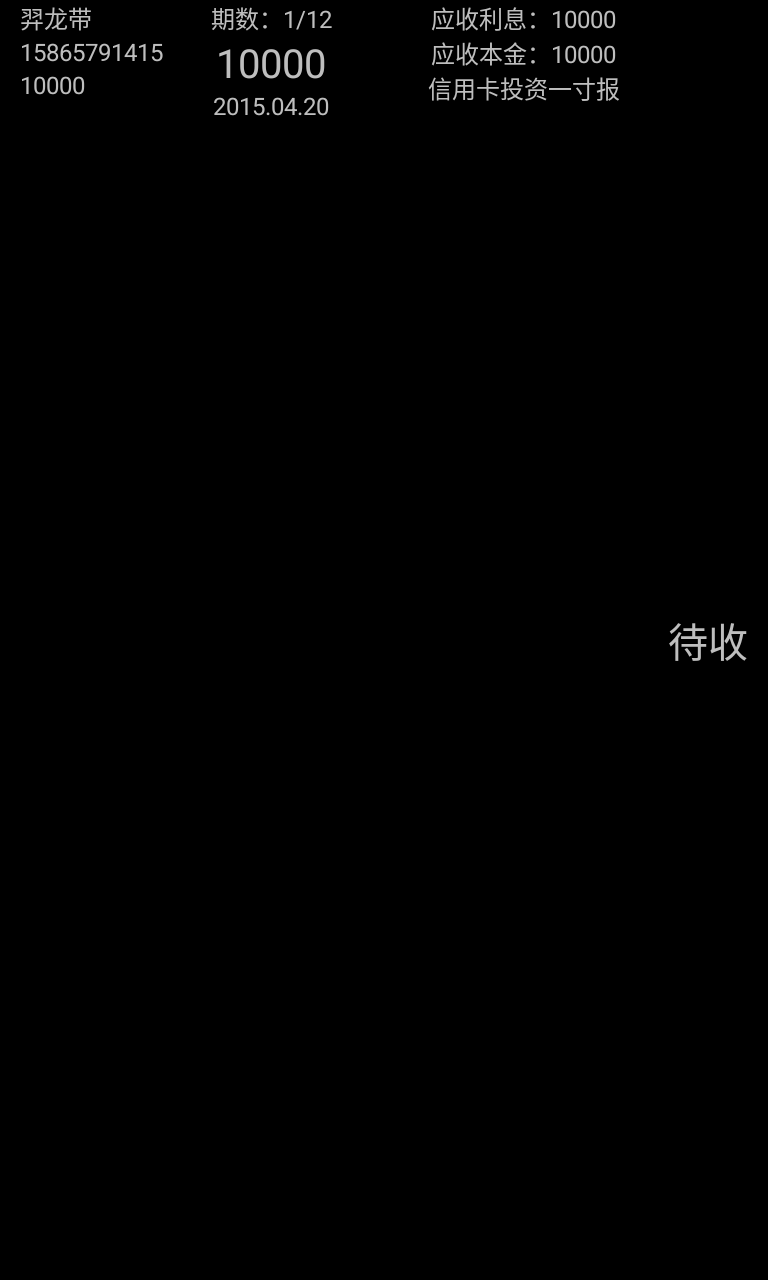
Repository: gongxinge/money-android
Layout: P2P/res/layout/billdetaillistitem.xml
These files come from the project's save history. The layout is drawn as it stood at one moment and after the next save; the edit follows.
It is drawn on a 768 x 1280 px phone screen (xhdpi) without system bars, with theme android:Theme.Holo; the app's code is not run.

Above is the layout before, as saved 2015-06-01 14:46:27.

After the next save:
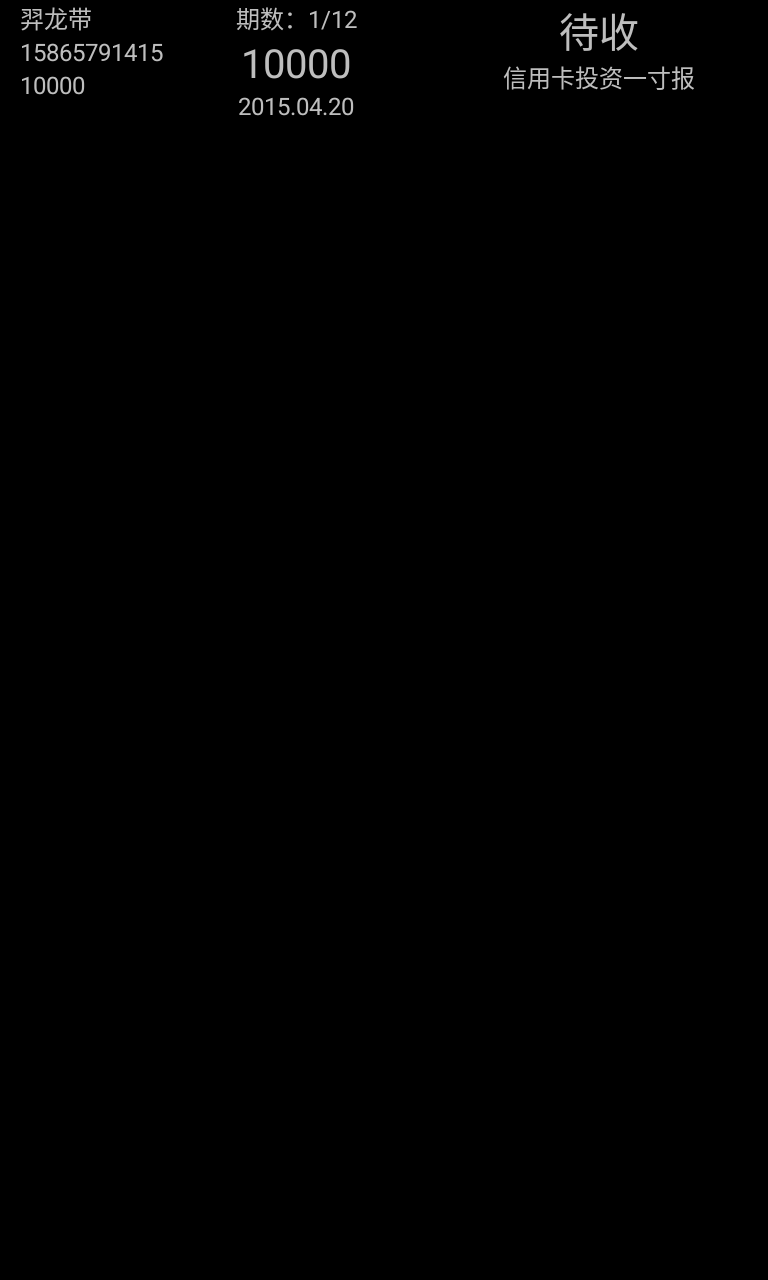
Saved 6 min 3 s later.
--- a/P2P/res/layout/billdetaillistitem.xml
+++ b/P2P/res/layout/billdetaillistitem.xml
@@ -71,22 +71,14 @@
         android:layout_height="wrap_content"
         android:layout_weight="1"
         android:orientation="vertical" >
-
         <TextView
-            android:id="@+id/tvRecBenJin"
+            android:id="@+id/tvState"
             android:layout_width="wrap_content"
             android:layout_height="wrap_content"
             android:layout_gravity="center_horizontal"
-            android:text="应收利息：10000"
-            android:textSize="12dp" />
+            android:text="待收"
+            android:textSize="20dp" />
 
-        <TextView
-            android:id="@+id/tvRecLiXi"
-            android:layout_width="wrap_content"
-            android:layout_height="wrap_content"
-            android:layout_gravity="center_horizontal"
-            android:text="应收本金：10000"
-            android:textSize="12dp" />
 
         <TextView
             android:id="@+id/tvRemark"
@@ -97,21 +89,4 @@
             android:textSize="12dp" />
     </LinearLayout>
 
-    <LinearLayout
-        android:id="@+id/linearLayout1"
-        android:layout_width="wrap_content"
-        android:layout_height="wrap_content"
-        android:layout_gravity="center_vertical"
-        android:layout_marginRight="10dp"
-        android:orientation="vertical" >
-
-        <TextView
-            android:id="@+id/tvState"
-            android:layout_width="wrap_content"
-            android:layout_height="wrap_content"
-            android:layout_gravity="center_horizontal"
-            android:text="待收"
-            android:textSize="20dp" />
-    </LinearLayout>
-
 </LinearLayout>

After the 2 saves that followed:
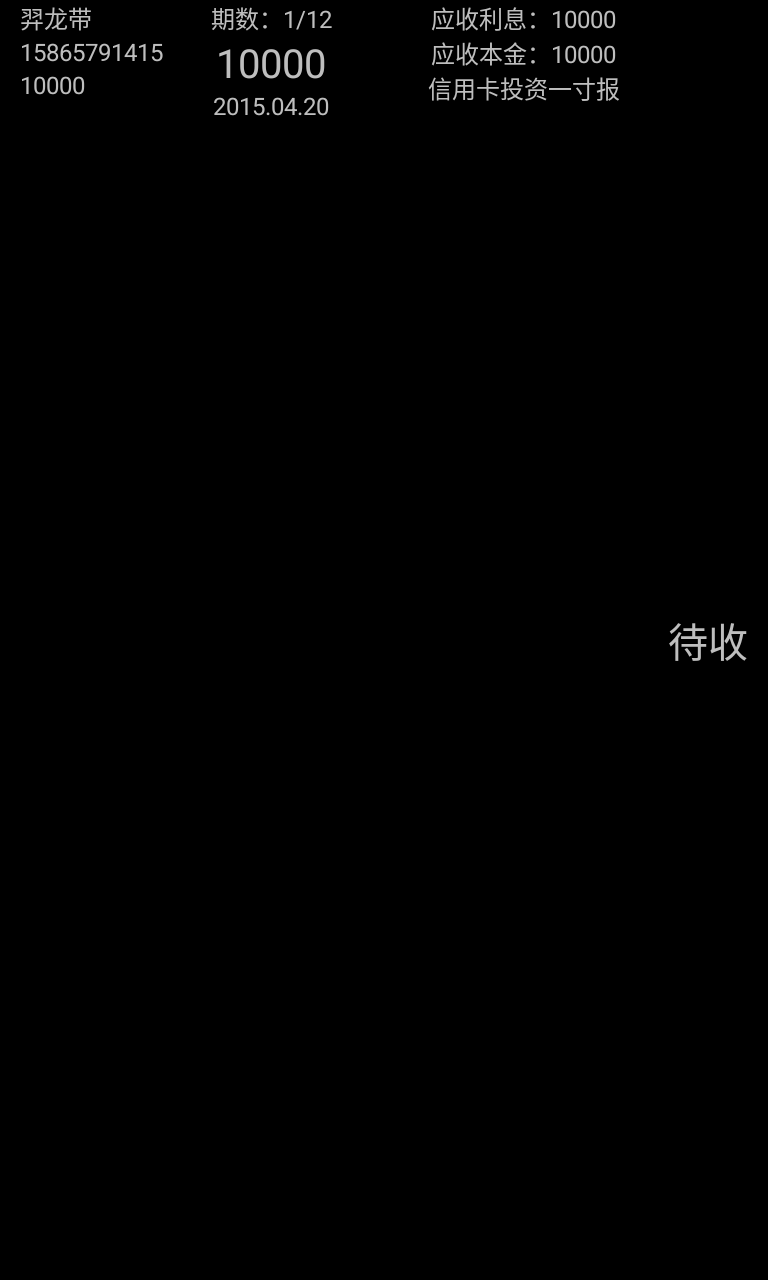
The 2 saves are shown as one change because 1 left the picture as it was.
The last was saved 4 min 7 s later.
--- a/P2P/res/layout/billdetaillistitem.xml
+++ b/P2P/res/layout/billdetaillistitem.xml
@@ -71,14 +71,22 @@
         android:layout_height="wrap_content"
         android:layout_weight="1"
         android:orientation="vertical" >
+
         <TextView
-            android:id="@+id/tvState"
+            android:id="@+id/tvRecBenJin"
             android:layout_width="wrap_content"
             android:layout_height="wrap_content"
             android:layout_gravity="center_horizontal"
-            android:text="待收"
-            android:textSize="20dp" />
+            android:text="应收利息：10000"
+            android:textSize="12dp" />
 
+        <TextView
+            android:id="@+id/tvRecLiXi"
+            android:layout_width="wrap_content"
+            android:layout_height="wrap_content"
+            android:layout_gravity="center_horizontal"
+            android:text="应收本金：10000"
+            android:textSize="12dp" />
 
         <TextView
             android:id="@+id/tvRemark"
@@ -89,4 +97,21 @@
             android:textSize="12dp" />
     </LinearLayout>
 
+    <LinearLayout
+        android:id="@+id/linearLayout1"
+        android:layout_width="wrap_content"
+        android:layout_height="wrap_content"
+        android:layout_gravity="center_vertical"
+        android:layout_marginRight="10dp"
+        android:orientation="vertical" >
+
+        <TextView
+            android:id="@+id/tvState"
+            android:layout_width="wrap_content"
+            android:layout_height="wrap_content"
+            android:layout_gravity="center_horizontal"
+            android:text="待收"
+            android:textSize="20dp" />
+    </LinearLayout>
+
 </LinearLayout>
